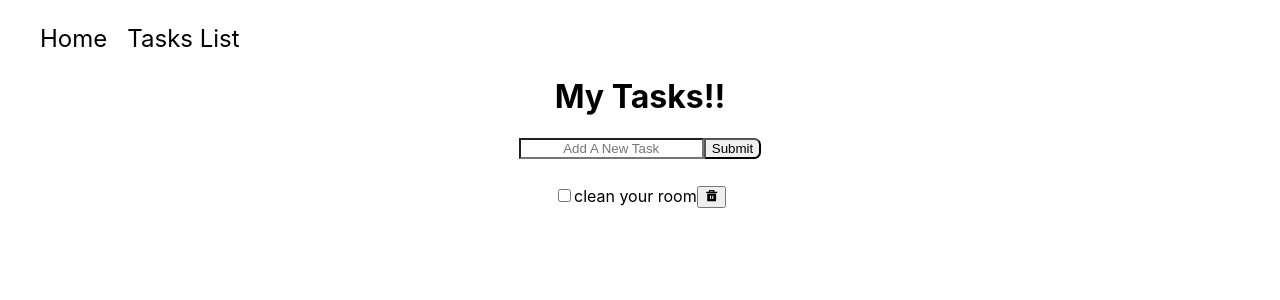
Repository: runner855/abstract_todolist
Page: /
An editor plug-in stored every save of this project. The page is shown before and after the next save, followed by the edit.
The browser window is 1280 px wide. The pictures show the whole page.
The project was rebuilt for these pictures with package versions that can differ from the ones it lists, and the page was loaded fresh each time.

Above is the page before, as saved 2022-11-09 14:11:23.

After the next save:
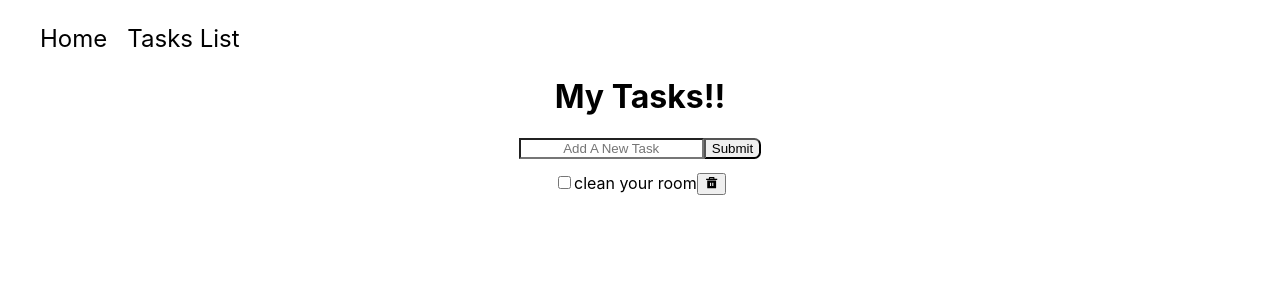
Saved 12 s later.
--- a/src/App.css
+++ b/src/App.css
@@ -5,7 +5,7 @@ h1{
 input {
   text-align: center;
   border-radius: 0em;
-  margin-bottom: 2em;
+  margin-bottom: 1em;
 }
 
 .textbox{
